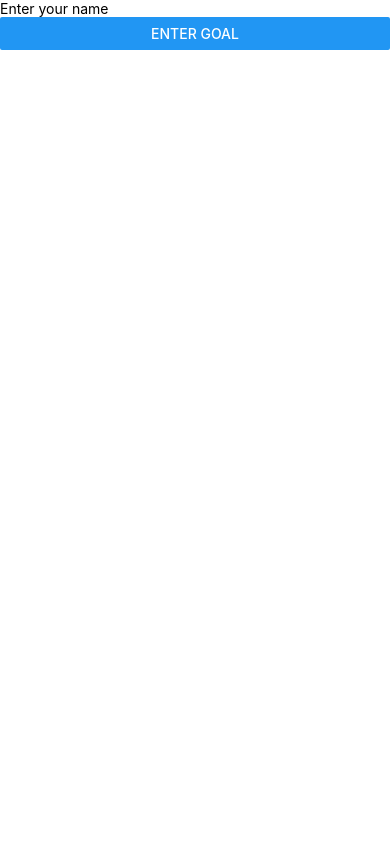
Repository: thezaidbintariq/RNCourse
Screen: /
The author's editor kept a copy of each file at every save. The screen is drawn from the files as they stood at one save, then again after a run of saves.
The app was drawn by React Native's web renderer in a window 390 px wide. The project was rebuilt for these pictures with package versions that can differ from the ones it lists, and the page was loaded fresh each time.

Above is the screen before, as saved 2022-08-09 14:19:06.

After the next 2 saves:
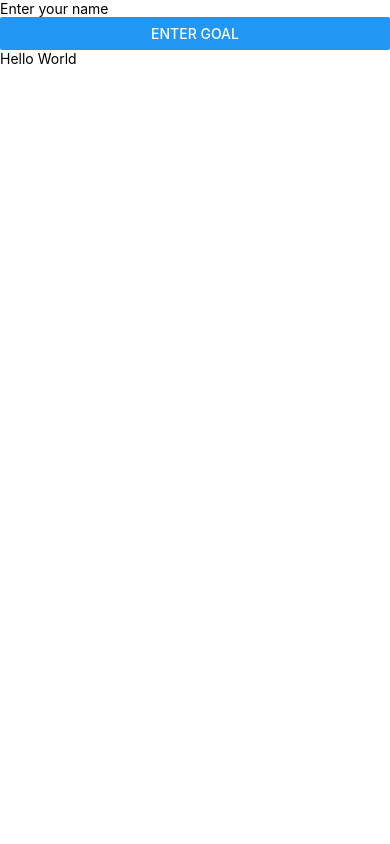
The 2 saves are shown as one change because they came seconds apart.
The last was saved 12 s later.
--- a/App.js
+++ b/App.js
@@ -7,7 +7,9 @@ export default function App() {
         <TextInput style={styles.input} placeholder="Enter your name" />
         <Button title="Enter Goal" />
       </View>
-      <View></View>
+      <View>
+        <Text>Hello World</Text>
+      </View>
     </View>
   );
 }
